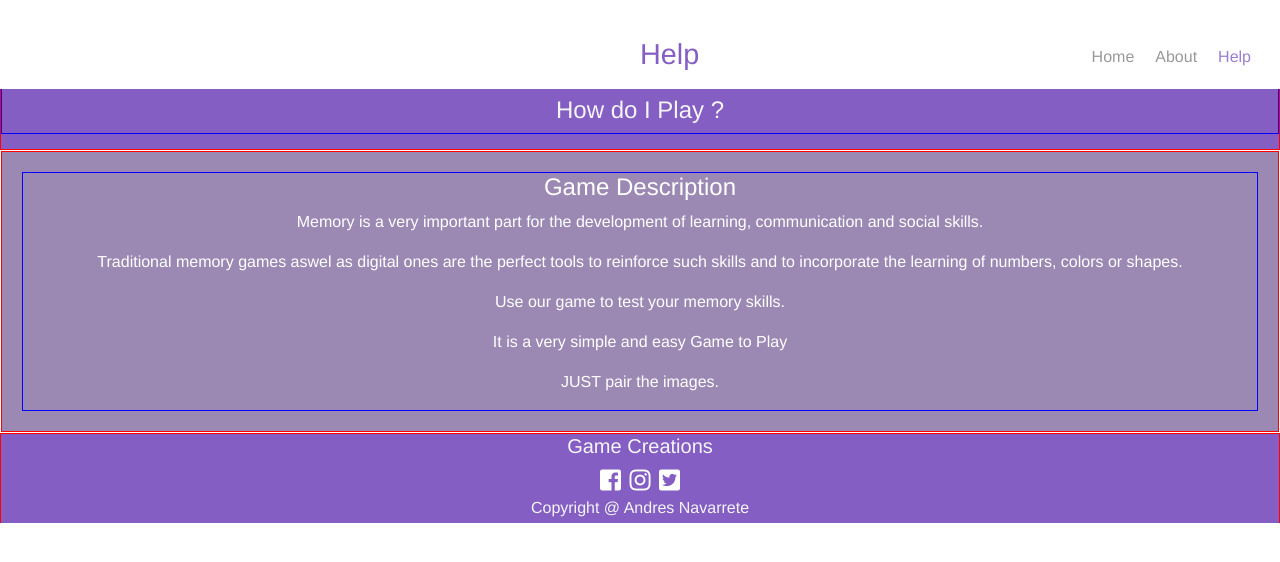
Repository: andna5980/memorise
Page: help.html
An editor plug-in stored every save of this project. The page is shown before and after the next save, followed by the edit.
The browser window is 1280 px wide. The pictures show the whole page.
Some web fonts or font styles are not loaded; a fallback is used. Some web libraries are served in a nearby version.

Above is the page before, as saved 2021-05-11 18:46:22.
Console error: SyntaxError: Unexpected end of input

After the next save:
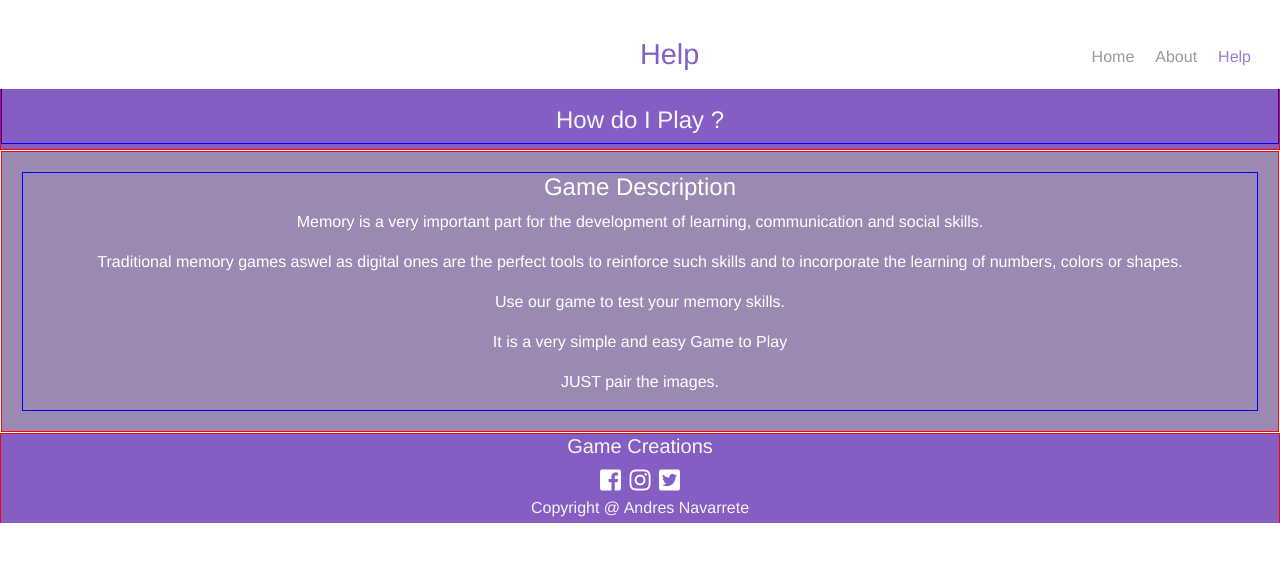
Saved 104 s later.
--- a/assets/styles/style.css
+++ b/assets/styles/style.css
@@ -26,7 +26,7 @@ header {
 
 .header{
     height: 150px;
-    padding-top: 40px;
+    padding-top: 50px;
 
 }
 
